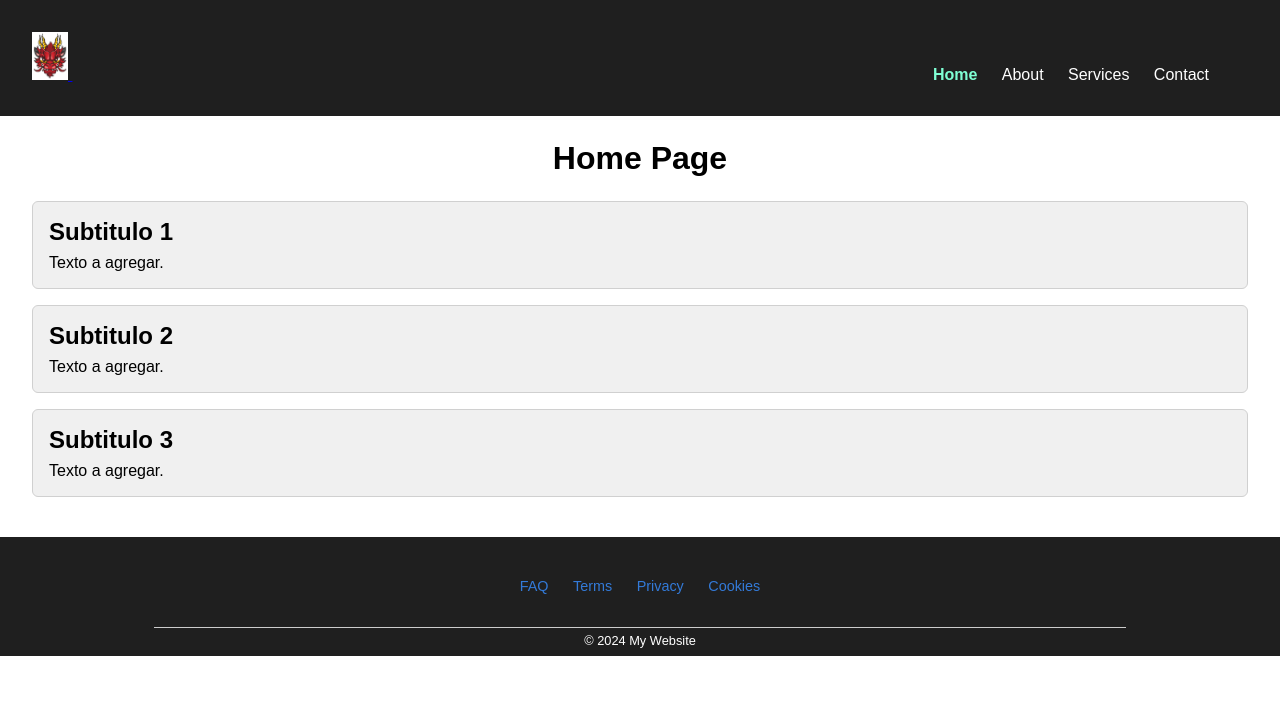
Repository: andreamm-lab/basic-navigation-example-2025-10
Page: index.html
These files come from the project's save history. The page is drawn as it stood at one moment and after the next save; the edit follows.
The browser window is 1280 px wide. The pictures show the whole page.

Above is the page before, as saved 2025-11-06 18:51:14.

After the next save:
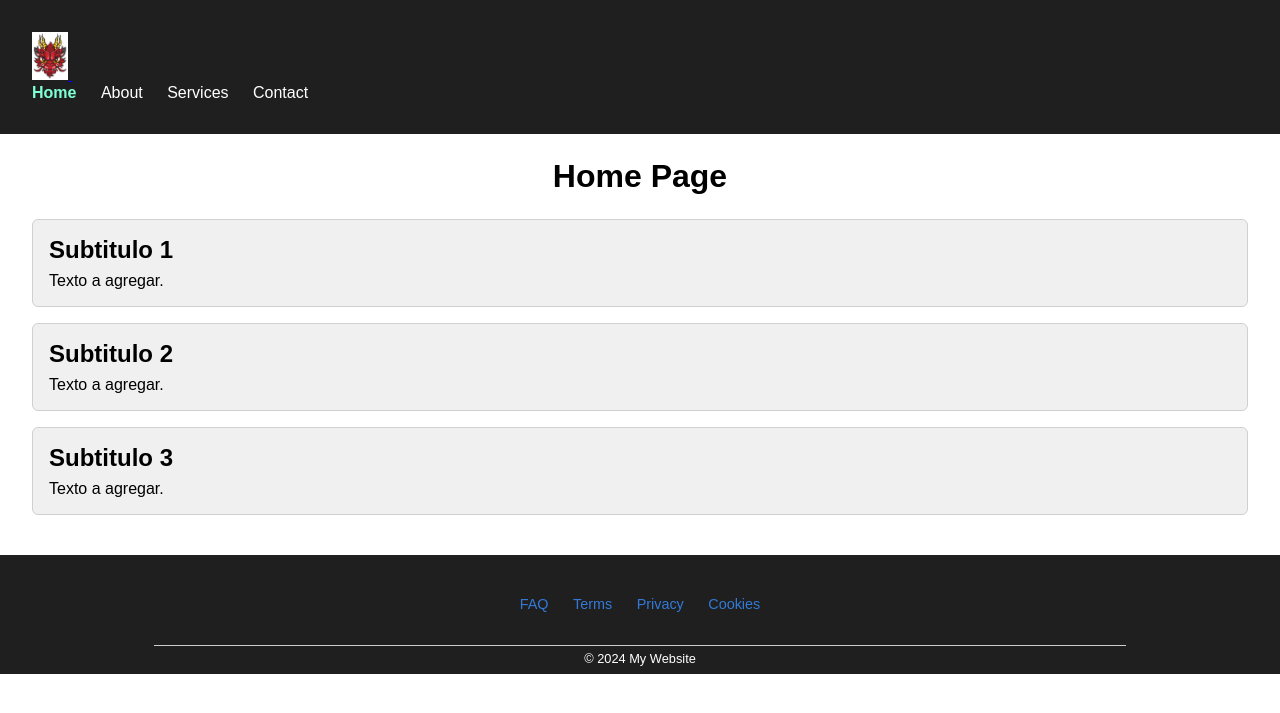
Saved 44 s later.
--- a/main.css
+++ b/main.css
@@ -30,16 +30,13 @@
     background-color: white;
 }
 
+/* Top Horizontal Menu */
 .spacer {
     display: inline-block;
     width: calc(100% - 40px - 320px);
 }
 
-nav ul {
-    list-style: none;
-    display: inline-block;
-    vertical-align: bottom;
-}
+
 
 nav ul li {
     display: inline-block;

After the save that followed:
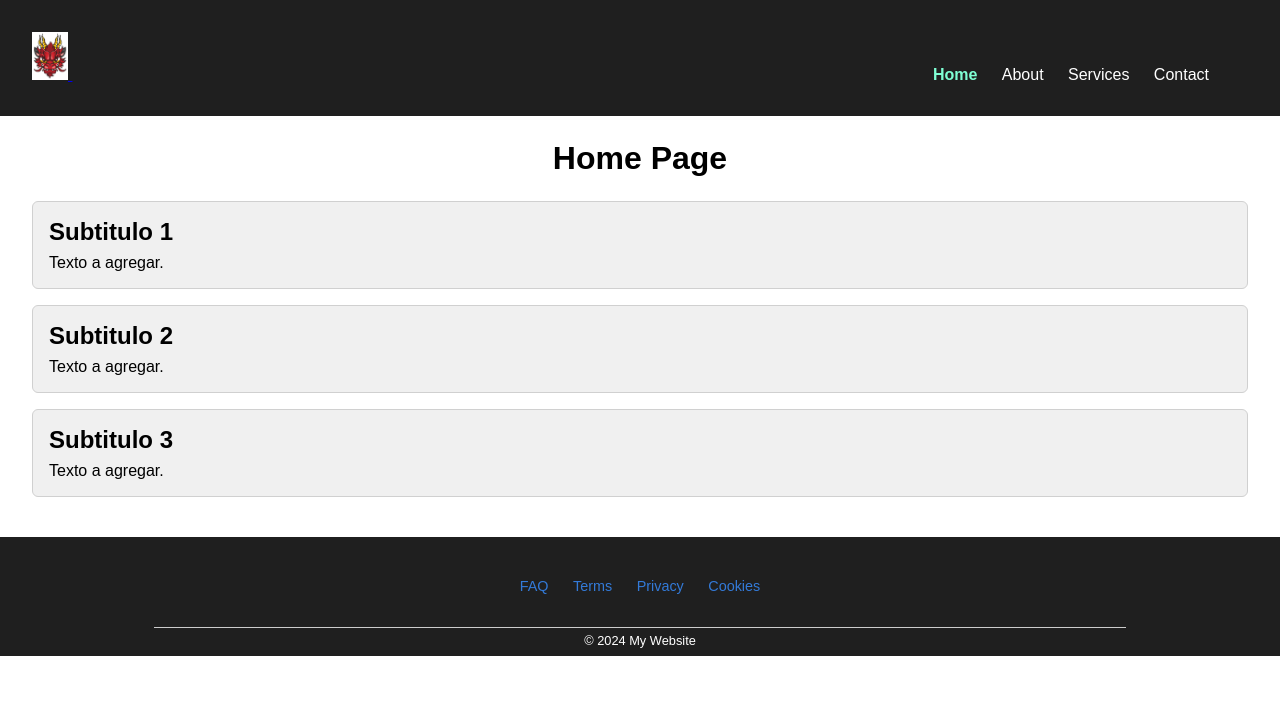
Saved 12 s later.
--- a/main.css
+++ b/main.css
@@ -36,7 +36,11 @@
     width: calc(100% - 40px - 320px);
 }
 
-
+nav ul {
+    list-style: none;
+    display: inline-block;
+    vertical-align: bottom;
+}
 
 nav ul li {
     display: inline-block;
